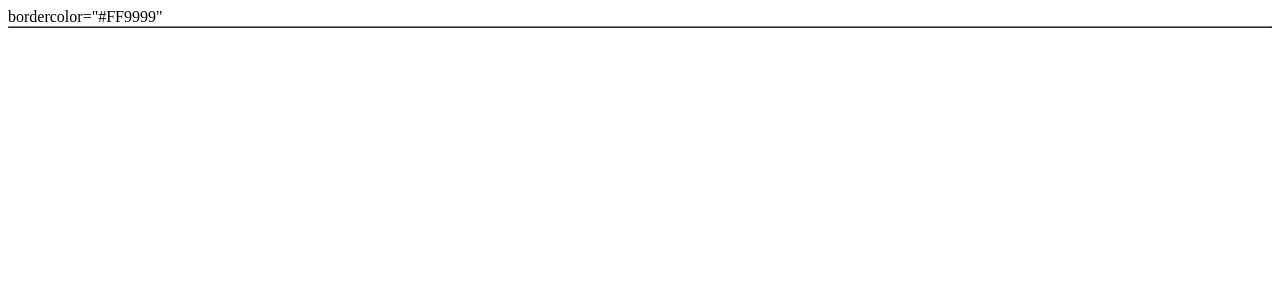
Repository: ljx1197678031/Wed-Design
Page: practice/2.html
An editor plug-in stored every save of this project. The page is shown before and after a run of saves, followed by the edit.
The browser window is 1280 px wide. The pictures show the whole page.

Above is the page before, as saved 2020-06-03 16:04:19.

After the next 2 saves:
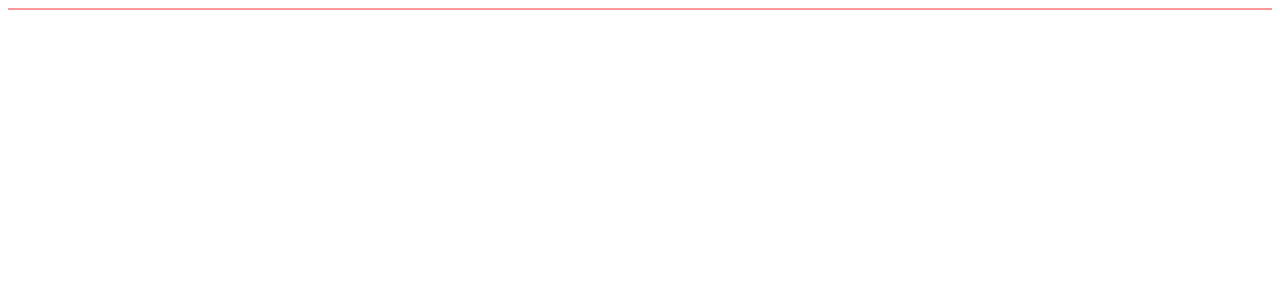
The 2 saves are shown as one change because they came seconds apart.
The last was saved 12 s later.
--- a/practice/2.html
+++ b/practice/2.html
@@ -7,8 +7,8 @@
 </head>
 <body>
     <form action="#" method="post">
-        <table border="1" width="100%" cellpadding="0" cellspacing="0">
-            bordercolor="#FF9999"
+        <table border="1" width="100%" cellpadding="0" cellspacing="0"
+            bordercolor="#FF9999" ></table>
         </table>
     </form>
 </body>
